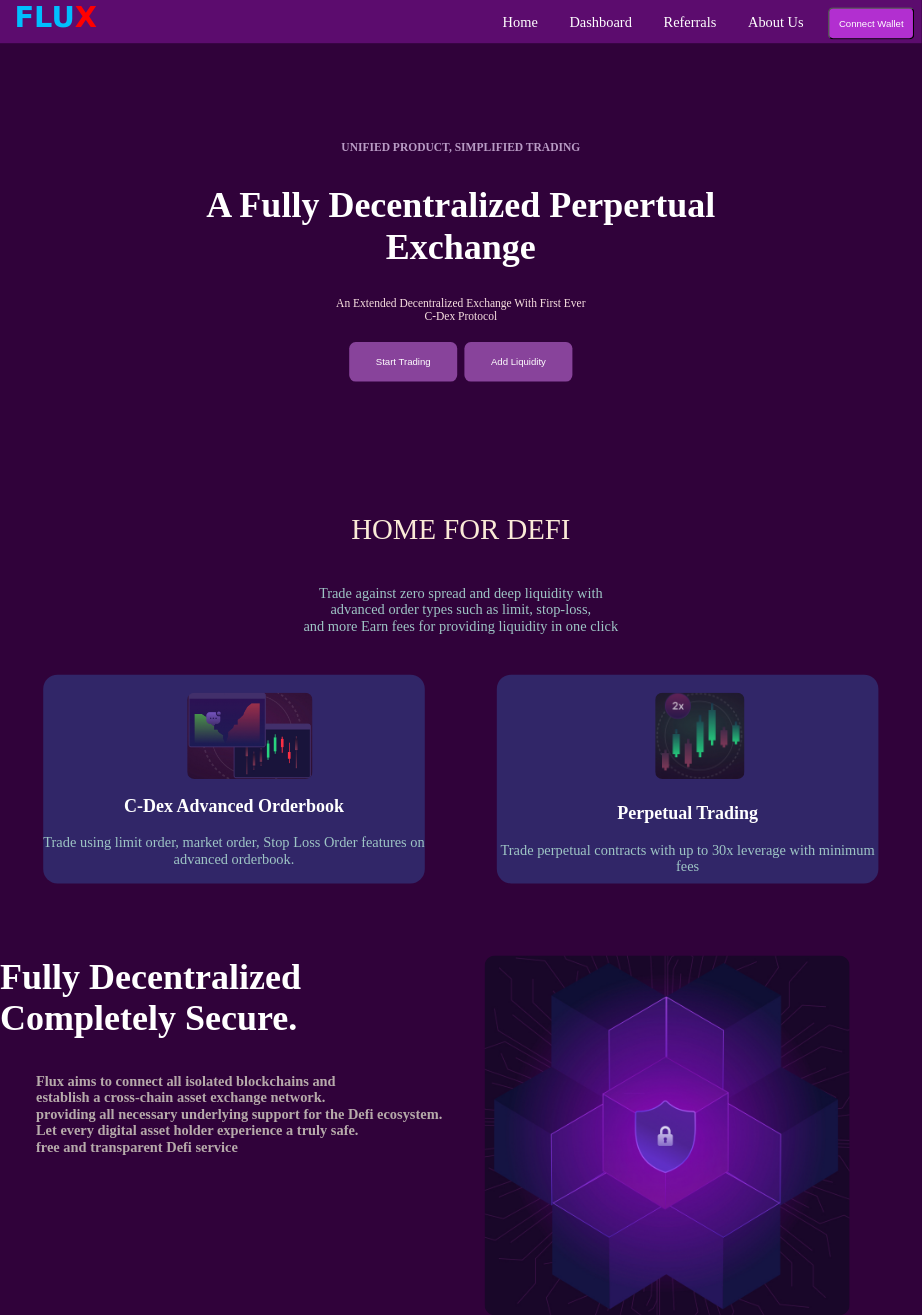
Repository: Tobby004/Flux-figma
Page: index.html
An editor plug-in stored every save of this project. The page is shown before and after the next save, followed by the edit.
The browser window is 1280 px wide. The pictures show the whole page, at 72% of full size.

Above is the page before, as saved 2023-04-20 06:28:15.

After the next save:
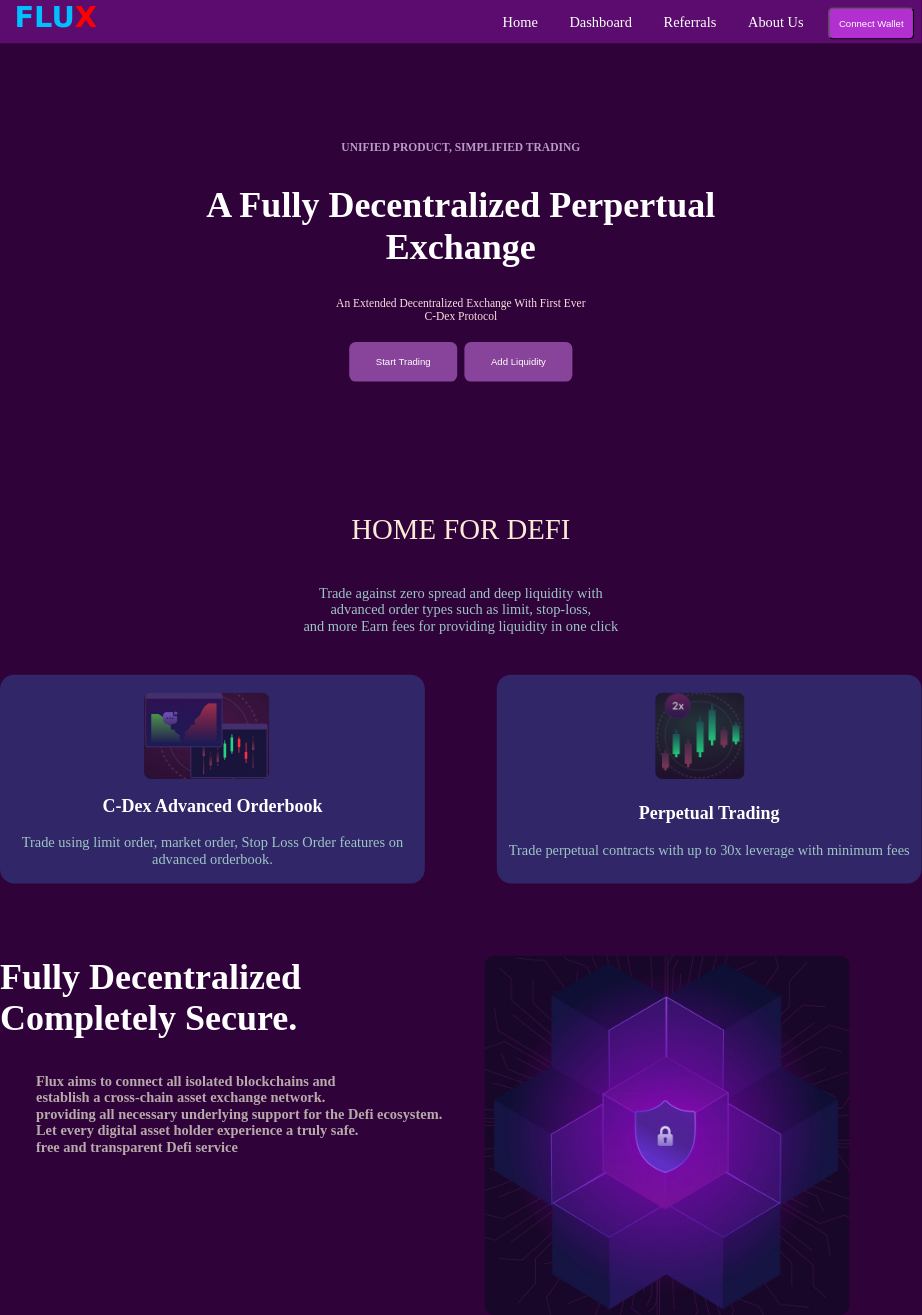
Saved 71 s later.
--- a/style.css
+++ b/style.css
@@ -94,7 +94,7 @@ input[type="button"]{
 }
 .box1{
     height: 290px;
-    width: 530px;
+    width: 590px;
     background-color: rgb(49, 38, 104);
     border-radius: 20px;
 }
@@ -115,7 +115,7 @@ input[type="button"]{
 }
 .box2 {
     height: 290px;
-    width: 530px;
+    width: 590px;
     background-color: rgb(49, 38, 104);
     border-radius: 20px;
 }
